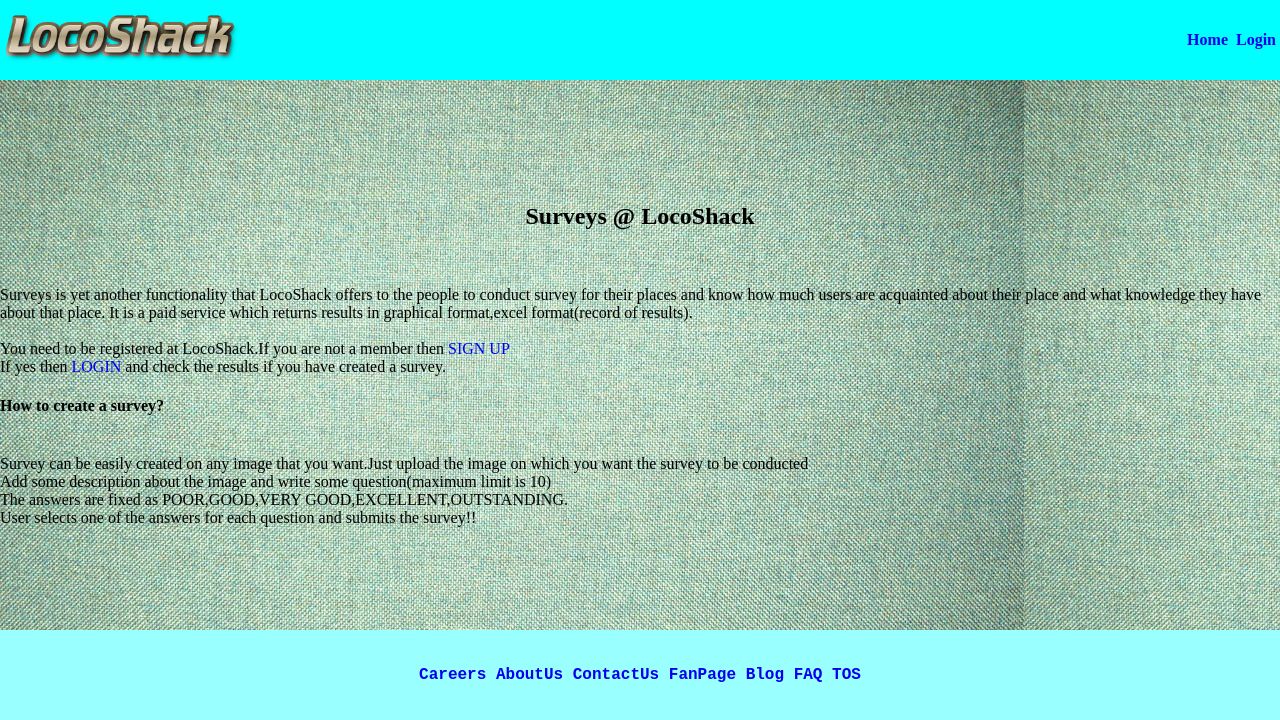
Repository: nicks707/LocoShack_TGMC-project
Page: http://localhost/ram/surveys.jsp
The author's editor kept a copy of each file at every save. The page is drawn from the files as they stood at one save, then again after the next save.
The browser window is 1280 px wide. The pictures show the whole page.
The page is served by Tomcat 9.

Above is the page before, as saved 2012-03-21 20:08:44.

After the next save:
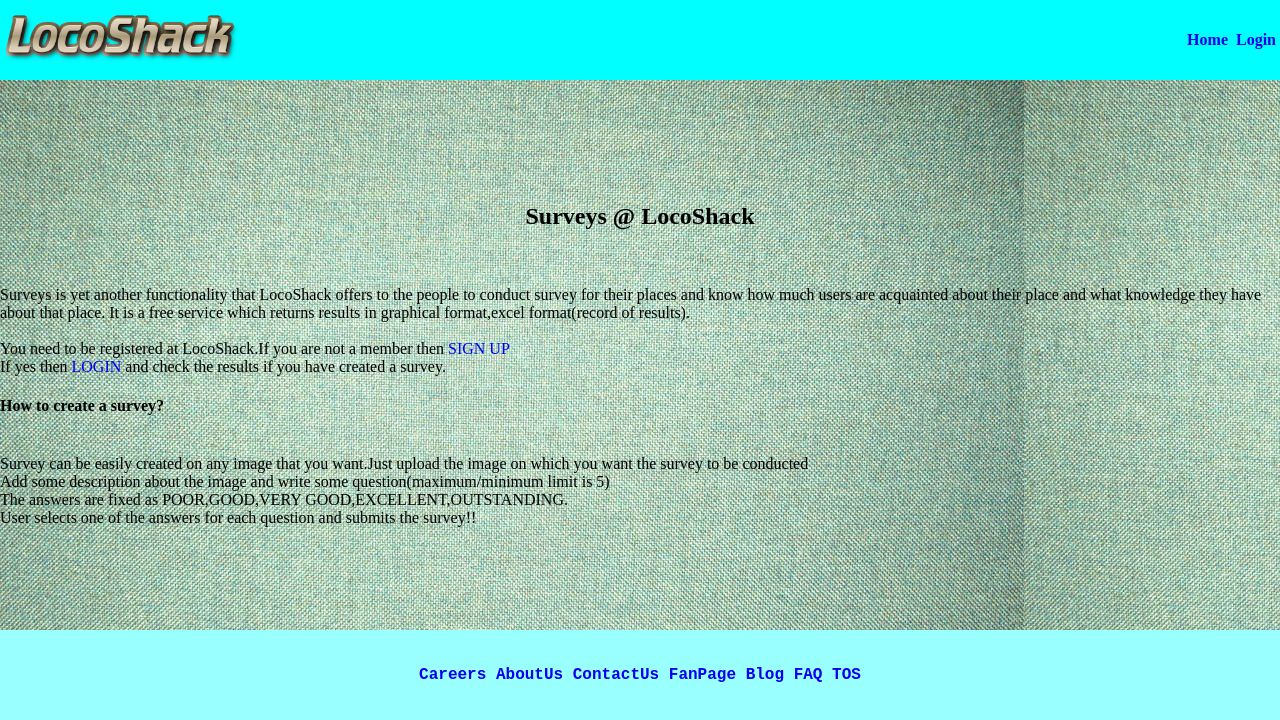
Saved 2 min 55 s later.
--- a/ram/WebContent/surveys.jsp
+++ b/ram/WebContent/surveys.jsp
@@ -19,14 +19,14 @@
 <tr height="100%" style=" background-image:url(images/Green-cloth-texture.jpg)"><td>
 <b><center><h2>Surveys @ LocoShack</h2></center></b><br/><br/>
 Surveys is  yet another functionality that LocoShack offers to the people to conduct survey for their places and know how much users are acquainted about their place and what knowledge they have about that place.
-It is a paid service which returns results in graphical format,excel format(record of results).<br/><br/>
+It is a free service which returns results in graphical format,excel format(record of results).<br/><br/>
 You need to be registered at LocoShack.If you are not a member then <a href="signup.jsp">SIGN UP</a><br/>
 If yes then <a href="login.jsp">LOGIN</a> and check the results if you have created a survey.
 
 <br/>
 <h4><b>How to create a survey?</b></h4><br/>
 Survey can be easily created on any image that you want.Just upload the image on which you want the survey to be conducted<br/>
-Add some description about the image and write some question(maximum limit is 10)<br/>
+Add some description about the image and write some question(maximum/minimum limit is 5)<br/>
 The answers are fixed as POOR,GOOD,VERY GOOD,EXCELLENT,OUTSTANDING.
 <br/>
 User selects one of the answers for each question and submits the survey!!
